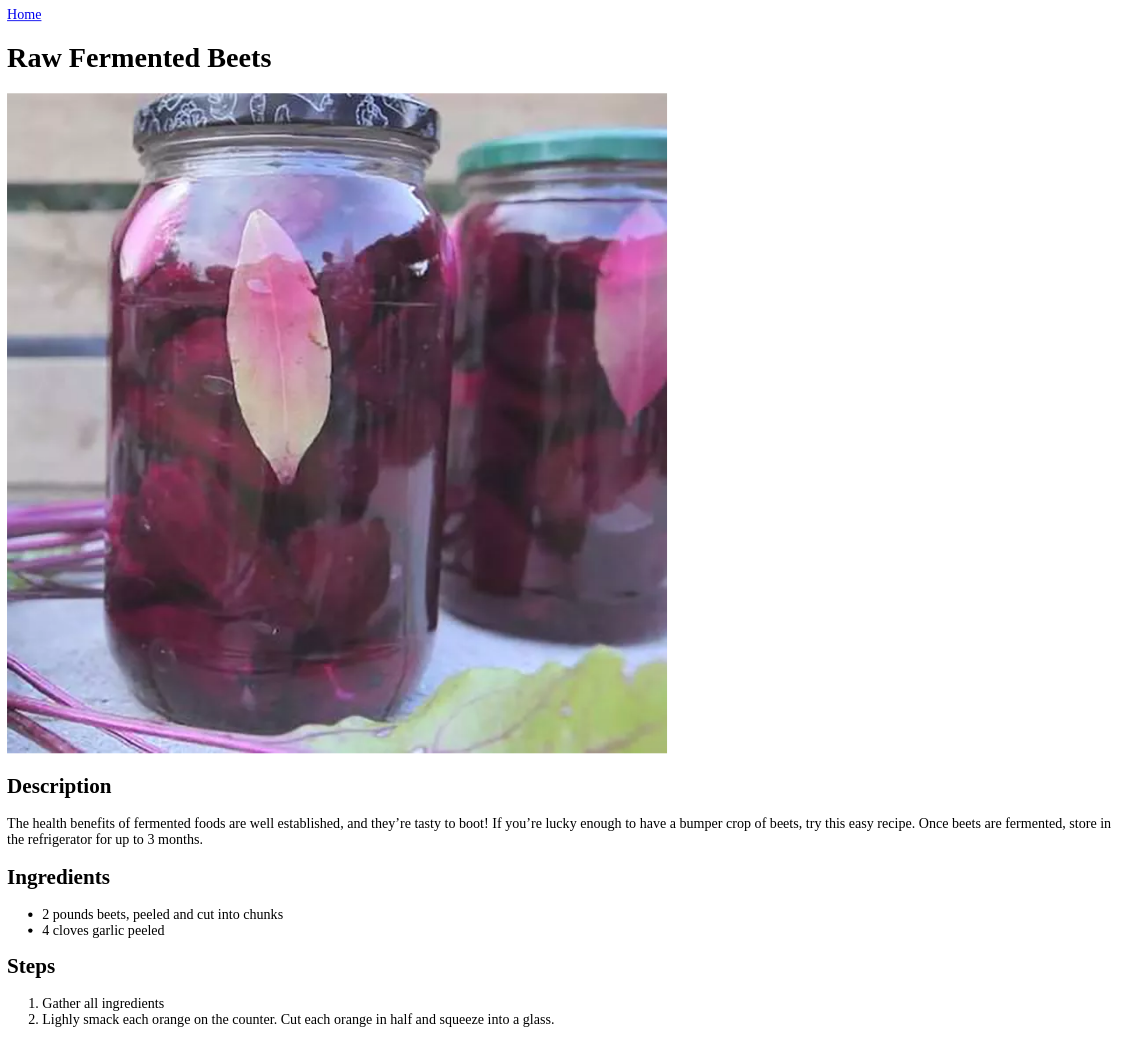
Repository: itsDevAK/odin-recipes
Page: recipes/fermented-beets.html
An editor plug-in stored every save of this project. The page is shown before and after a run of saves, followed by the edit.
The browser window is 1280 px wide. The pictures show the whole page, at 88% of full size.

Above is the page before, as saved 2026-09-17 13:24:58.

### recipes/fermented-beets.html
<!DOCTYPE html>
<html lang="en">
<head>
    <meta charset="UTF-8">
    <meta name="viewport" content="width=device-width, initial-scale=1.0">
    <title>Raw Fermented Beets</title>
</head>
<body>
    <a href="../index.html">Home</a>
    <h1>Raw Fermented Beets</h1>
    <img src="../images/fermented-beets.webp" alt="">
    <h2>Description</h2>
    <p>The health benefits of fermented foods are well established, and they’re tasty to boot! If you’re lucky enough to have a bumper crop of beets, try this easy recipe. Once beets are fermented, store in the refrigerator for up to 3 months.</p>
    <h2>Ingredients</h2>
    <ul>
        <li>2 pounds beets, peeled and cut into chunks</li>
        <li>4 cloves garlic peeled</li>
    </ul>
    <h2>Steps</h2>
    <ol>
        <li>Gather all ingredients</li>
        <li>Lighly smack each orange on the counter. Cut each orange in half and squeeze into a glass.</li>
    </ol>
</body>
</html>

After the next 3 saves:
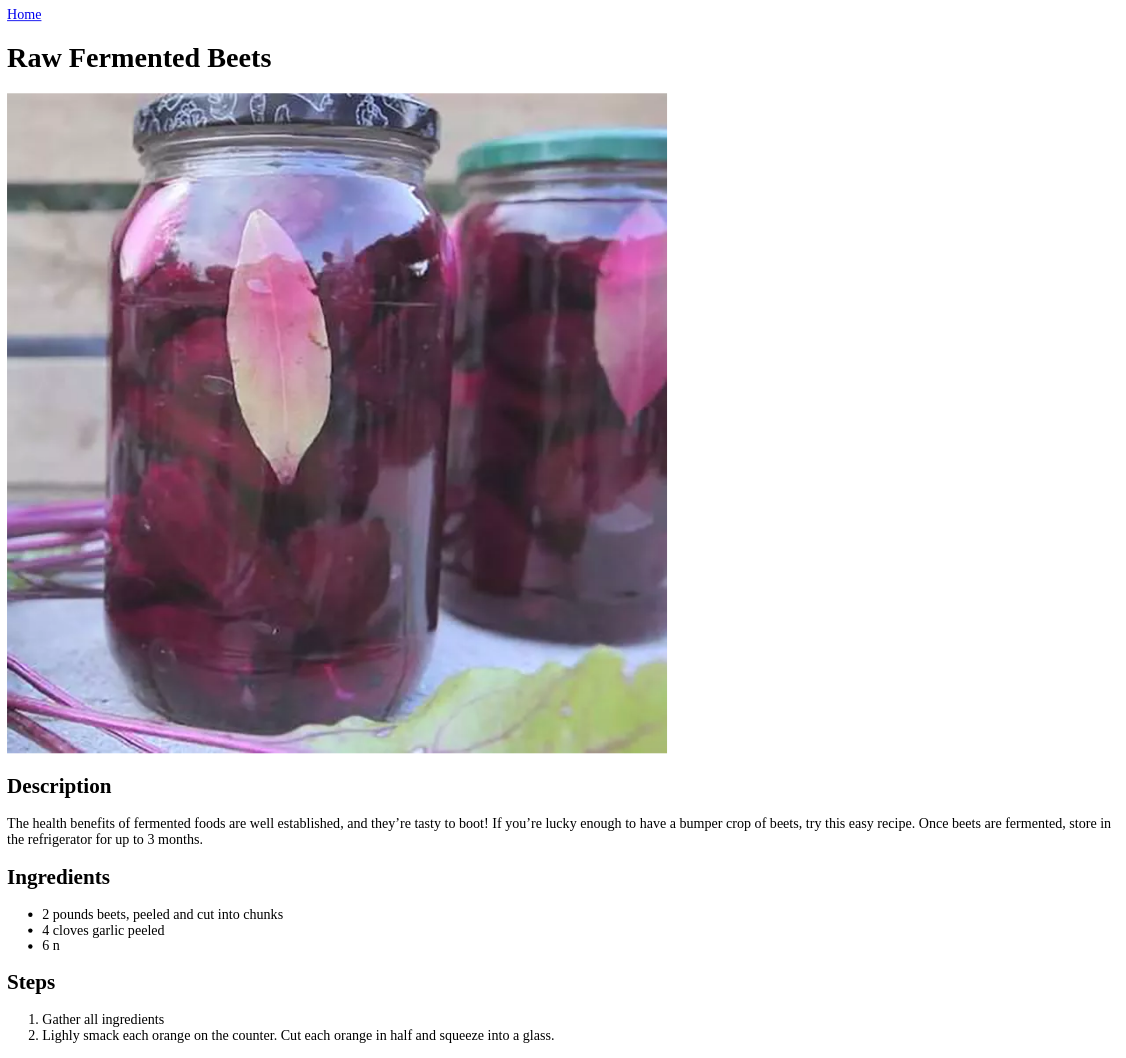
The 3 saves are shown as one change because they came seconds apart.
The last was saved 12 s later.
--- a/recipes/fermented-beets.html
+++ b/recipes/fermented-beets.html
@@ -15,6 +15,7 @@
     <ul>
         <li>2 pounds beets, peeled and cut into chunks</li>
         <li>4 cloves garlic peeled</li>
+        <li>6 n</li>
     </ul>
     <h2>Steps</h2>
     <ol>
